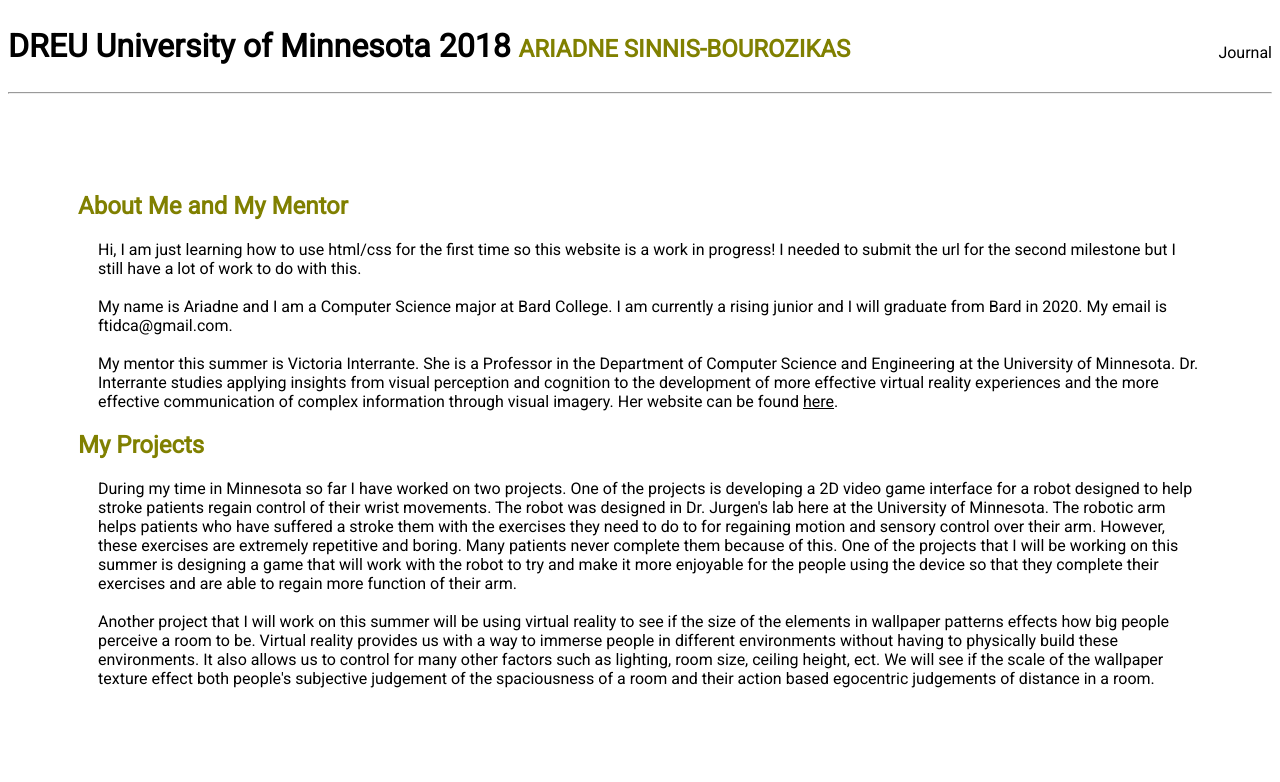
Repository: ariadnesb/dreu2018
Page: index.html
The author's editor kept a record of every edit. The page is drawn from the files as they stood at one moment, then again after the next edit.
The browser window is 1280 px wide. The pictures show the whole page.

Above is the page before.

After the next edit:
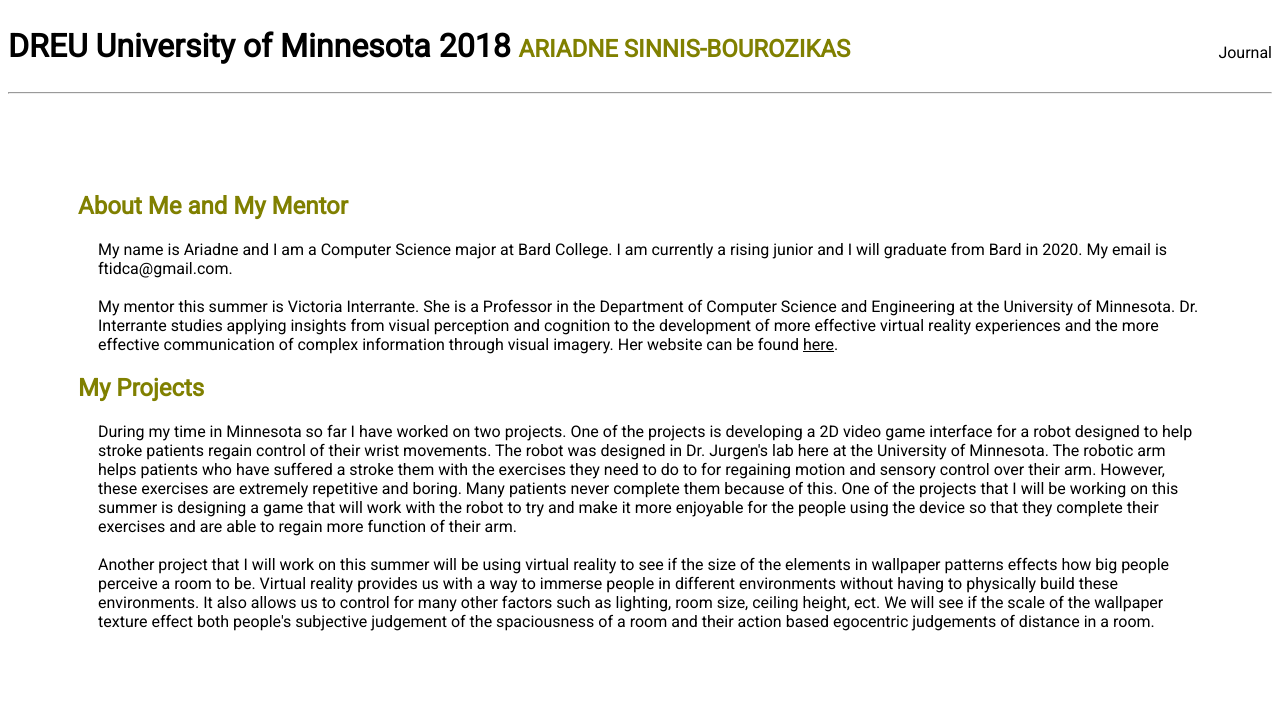
The edit:
--- a/index.html
+++ b/index.html
@@ -22,9 +22,6 @@
         <div id= "journal">
              <h2> About Me and My Mentor </h2>
              <p>
-                Hi, I am just learning how to use html/css for the first time so this website is a
-                work in progress! I needed to submit the url for the second milestone but I still
-                have a lot of work to do with this. <br><br>
 
                 My name is Ariadne and I am a Computer Science major at Bard College. I am currently
                 a rising junior and I will graduate from Bard in 2020.
